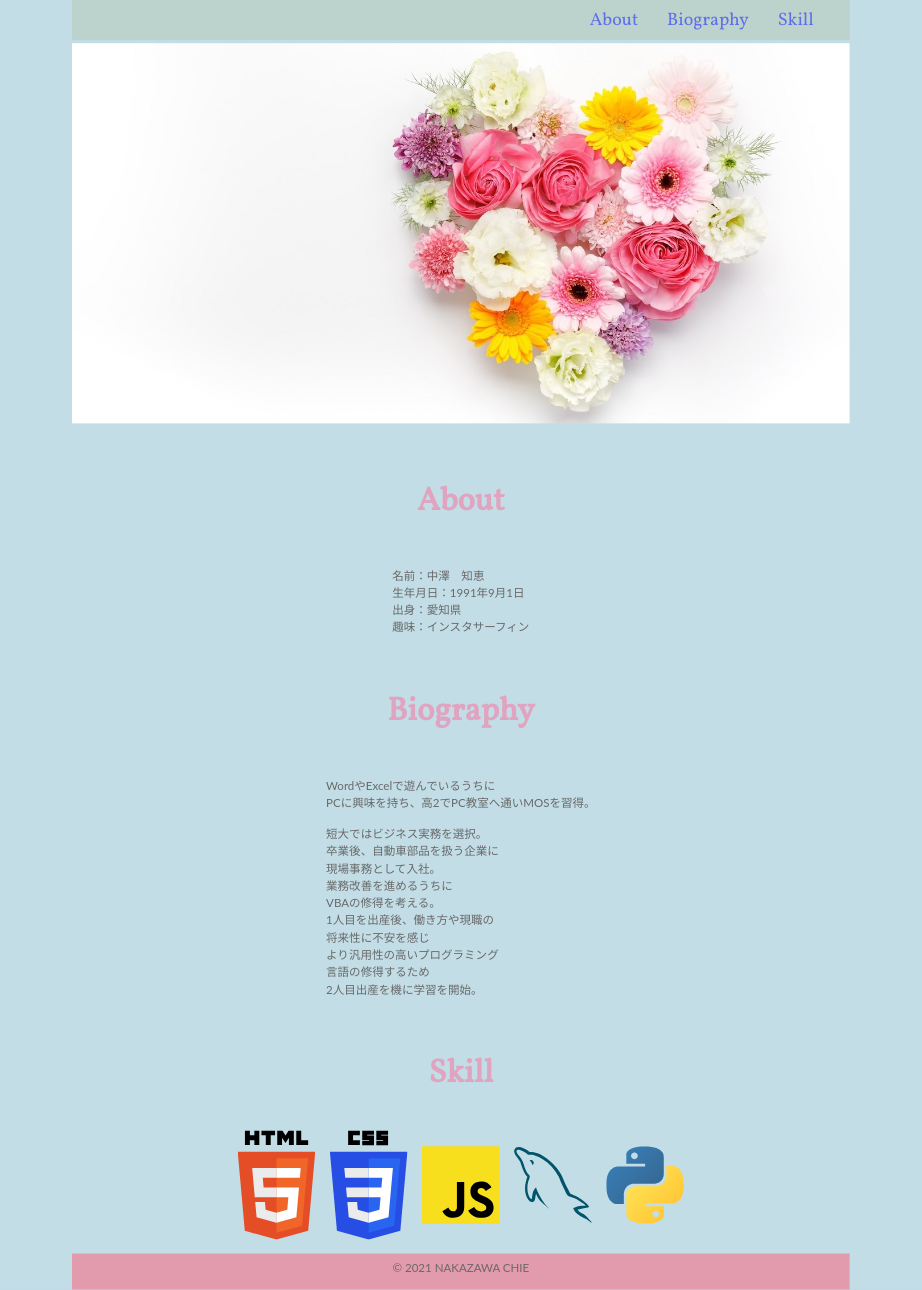
Repository: Chi-mame/Portfolio
Page: home.html
The author's editor kept a record of every edit. The page is drawn from the files as they stood at one moment, then again after the next edit.
The browser window is 1280 px wide. The pictures show the whole page, at 72% of full size.

Above is the page before.

### home.html
<!DOCTYPE html>
<html lang="ja">
    <head>
      <meta charset="UTF-8">
      <meta name="viewport" content="width=device-width, initial-scale=1">
      <title>Portfolio by NAKAZAWA CHIEs</title>
      <link rel="stylesheet" href="stylesheet.css">
      <link href="https://fonts.googleapis.com/css?family=Vollkorn" rel="stylesheet">

    </head>
    <body>
        <div class="main-wrapper">
            <header>
                <nav class="gnav">
                    <ul>
                        <li><a href="#jump_about">About</a></li>
                        <li><a href="#jump_biography">Biography</a></li>
                        <li><a href="#jump_skill">Skill</a></li>
                    </ul>
                </nav>
            </header>
            <div class="first-view">
                <img src="images/top_image.jpg">
            </div>
          <section id="jump_about">
              <h1>About</h1>
              <p> 名前：中澤　知恵 <br>
              生年月日：1991年9月1日<br>
              出身：愛知県<br>
              趣味：インスタサーフィン</p><br>
          </section>
          <section id="jump_biography">
              <h1>Biography</h1>
              <p>WordやExcelで遊んでいるうちに<br>
              PCに興味を持ち、高2でPC教室へ通いMOSを習得。<br><br>
              短大ではビジネス実務を選択。<br>
              卒業後、自動車部品を扱う企業に<br>現場事務として入社。<br>
              業務改善を進めるうちに<br>VBAの修得を考える。<br>
              1人目を出産後、働き方や現職の<br>将来性に不安を感じ<br>
              より汎用性の高いプログラミング<br>言語の修得するため<br>
              2人目出産を機に学習を開始。<br>
              </p>
           </section>
           <section  id="jump_skill">
               <h1>Skill</h1>
               <div class="skill-images">
                  <img src="images/html-5.svg">
                  <img src="images/css-3.svg">
                  <img src="images/javascript.svg">
                  <img src="images/mysql.svg">
                  <img src="images/python.svg">
               </div>
           </section><br>
           <foote>
               <p>&copy; 2021 NAKAZAWA CHIE</p>
           </foote>
        </div>
    </body>
</html>

### stylesheet.css
@charset "utf-8";

body {
    margin: 0;
	padding: 0;
	text-align: center;
	font-family: YakuHanJP,'lato',"游ゴシック体",YuGothic,"游ゴシック Medium","Yu Gothic Medium","游ゴシック","Yu Gothic",'ヒラギノ角ゴ Pro W3','Hiragino Kaku Gothic Pro',Osaka,'メイリオ',Meiryo,'ＭＳ Ｐゴシック',sans-serif;
	color: #696969;
	background-color:#c2dde6;
}

/*-------------------- wrapper  --------------------*/
.main-wrapper {
	width: 100%;
	margin: auto;
	padding: 0px;
	border: 0px;
    position: relative;
    max-width: 1080px;
    background-color:#c2dde6;
}

/*-------------------- header  --------------------*/
header {
	width: 100%;
	padding: 10px 0px;
	position: fixed;
	display: flex;
	justify-content:flex-end;
	z-index: 99;
	background-color: #b3c9b1;
	opacity: 0.5;
	margin:0;
	max-width: 1080px;

}

.gnav {
    margin: 0 30px 0 0;

}

.gnav ul {
	display: flex;
	justify-content: center;
	padding:0;
	margin:0;
}


.gnav ul li {
	margin: 0 20px;
	list-style: none;
	font-size: 25px;
}

.gnav ul li a {
	font-family:'Vollkorn', serif;
	text-decoration: none;
	clear: #c8739f;
}

/*--------------------　top --------------------*/
.first-view {
	margin:0;
	width:100%;
	max-width: 1080px;
	height: auto;
}
.first-view img {
	width:100%;
	margin-top: 60px;
	max-width: 100%;
}

/*-------------------- main  --------------------*/

section {
	text-align: center;
}

h1 {
	color:  #e0a4c0;
	margin-top:30px;
	padding: 45px 0px 10px 0px;
	font-size:45px;
	font-family:'Vollkorn', serif;
}

p {
	padding-top:10px;
	margin:0 auto;
	display:inline-block;
	text-align: left;

}



/*------------------- Skill --------------------*/
.skill-images {
	width:100%;
	display:flex;
	justify-content:center;
}

.skill-images img {
	max-width: 100%;
    height: auto;
	width:10%;
	padding-right:10px;
	padding-left:10px;

}


/*-------------------- footer --------------------*/
foote {
	width: 100%;
	height: 50px;
	top: 0;
	background-color:#e29aad;
	display:flex;
	justify-contemt:center;
}





/*-------------------- media-sp --------------------*/
@media screen and (max-width:480px) {
	header {
		display: flex;
		justify-content:center;
	}
	.gnav {
		margin: 0;
	}

	p {
		width: 80%;
		text-align: center;
	}
}

After the next edit:
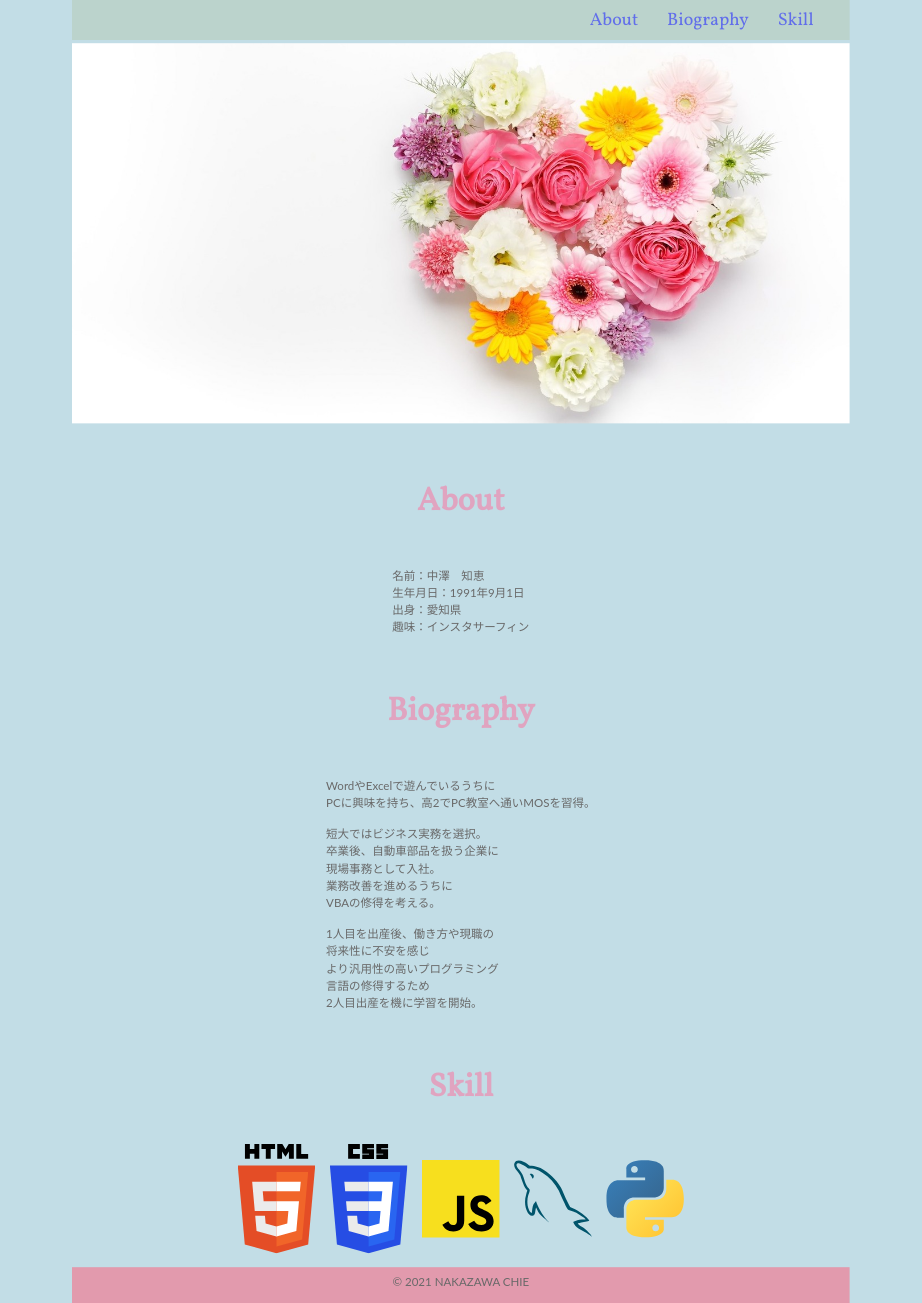
The edit:
--- a/home.html
+++ b/home.html
@@ -35,7 +35,7 @@
               PCに興味を持ち、高2でPC教室へ通いMOSを習得。<br><br>
               短大ではビジネス実務を選択。<br>
               卒業後、自動車部品を扱う企業に<br>現場事務として入社。<br>
-              業務改善を進めるうちに<br>VBAの修得を考える。<br>
+              業務改善を進めるうちに<br>VBAの修得を考える。<br><br>
               1人目を出産後、働き方や現職の<br>将来性に不安を感じ<br>
               より汎用性の高いプログラミング<br>言語の修得するため<br>
               2人目出産を機に学習を開始。<br>
